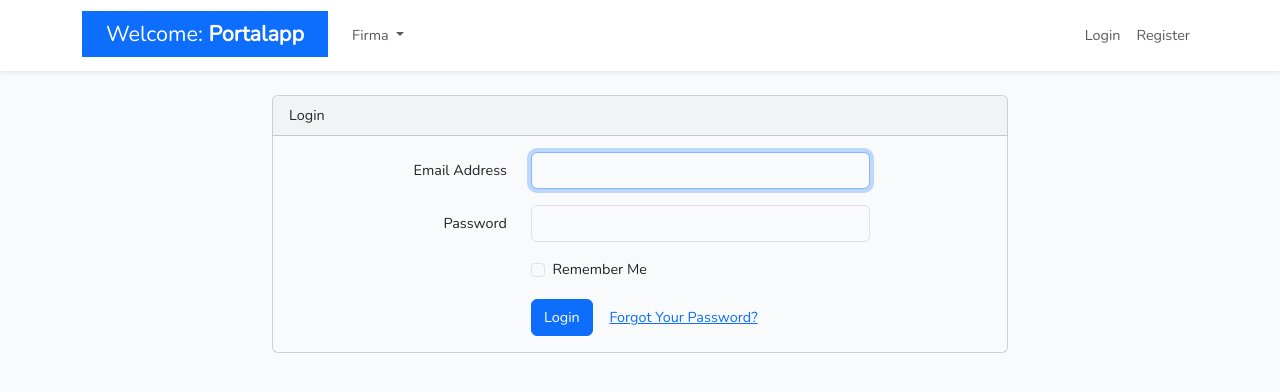
Repository: oguzhansade/portalapp
Page: http://localhost/login
The author's editor kept a copy of each file at every save. The page is drawn from the files as they stood at one save, then again after the next save.
The browser window is 1280 px wide. The pictures show the whole page.
The page is served by the project's Laravel application, run on PHP 8.4 with Laravel 9. Other server files are loaded and not shown. Style sheets and scripts are compiled from the project's sources, by tool versions that may differ from the author's.

Above is the page before, as saved 2023-06-22 22:12:28.

### routes/web.php
<?php

use Illuminate\Support\Facades\Route;
use Illuminate\Support\Facades\Auth;

/*
|--------------------------------------------------------------------------
| Web Routes
|--------------------------------------------------------------------------
|
| Here is where you can register web routes for your application. These
| routes are loaded by the RouteServiceProvider within a group which
| contains the "web" middleware group. Now create something great!
|
*/
Route::get('/', function () {
    return view('welcome');
});
Route::get('/schnellanform', [App\Http\Controllers\front\formcraft\FormCraftController::class, 'handleSchnellanfrageForm'])->name('handleSchnellanfrageForm');
Route::get('/privatumzugform', [App\Http\Controllers\front\formcraft\FormCraftController::class, 'handlePrivatumzugForm'])->name('handlePrivatumzugForm');
Route::get('/kontaktform', [App\Http\Controllers\front\formcraft\FormCraftController::class, 'handleKontaktForm'])->name('handleKontaktForm');
Route::get('/reinigungform', [App\Http\Controllers\front\formcraft\FormCraftController::class, 'handleReinigungForm'])->name('handleReinigungForm');
Route::get('/firmenform', [App\Http\Controllers\front\formcraft\FormCraftController::class, 'handleFirmenForm'])->name('handleFirmenForm');
Route::get('/mailTester', [App\Http\Controllers\front\formcraft\FormCraftController::class, 'mailTester'])->name('mailTester');
Auth::routes();


Route::group(['namespace' => 'front', 'middleware' => ['auth']], function () {
    Route::group(['namespace' => 'home', 'as' => 'home.'], function () {
        Route::get('/', [App\Http\Controllers\front\home\indexController::class, 'index'])->name('index');
    });
    Route::group(['namespace' => 'firma', 'as' => 'firma.','prefix' => 'firma'], function () {
        Route::get('/', [App\Http\Controllers\front\firma\indexController::class, 'index'])->name('index');
        Route::get('/create', [App\Http\Controllers\front\firma\indexController::class, 'create'])->name('create');
        Route::post('/create', [App\Http\Controllers\front\firma\indexController::class, 'store'])->name('store');
        Route::get('/detail/{id}', [App\Http\Controllers\front\firma\indexController::class, 'detail'])->name('detail');
        Route::get('/edit/{id}', [App\Http\Controllers\front\firma\indexController::class, 'edit'])->name('edit');
        Route::post('/edit/{id}', [App\Http\Controllers\front\firma\indexController::class, 'update'])->name('update');
        Route::get('/delete/{id}', [App\Http\Controllers\front\firma\indexController::class, 'delete'])->name('delete');
        Route::post('/data', [App\Http\Controllers\front\firma\indexController::class, 'data'])->name('data');
        Route::post('/recordData/{id}', [App\Http\Controllers\front\firma\indexController::class, 'recordData'])->name('recordData');
    });
});



Route::get('/home', [App\Http\Controllers\HomeController::class, 'index'])->name('home');

### resources/views/layouts/app.blade.php
<!doctype html>
<html lang="{{ str_replace('_', '-', app()->getLocale()) }}">
<head>
    <meta charset="utf-8">
    <meta name="viewport" content="width=device-width, initial-scale=1">

    <!-- CSRF Token -->
    <meta name="csrf-token" content="{{ csrf_token() }}">

    <title>{{ config('app.name', 'Laravel') }}</title>

    <!-- Fonts -->
    <link rel="dns-prefetch" href="//fonts.bunny.net">
    <link href="https://fonts.bunny.net/css?family=Nunito" rel="stylesheet">
    <link href="{{ asset('assets/vendors/material-icons/material-icons.css') }}" rel="stylesheet" type="text/css">
    <link href="{{ asset('assets/vendors/mono-social-icons/monosocialiconsfont.css') }}" rel="stylesheet" type="text/css">
    <link href="{{ asset('assets/vendors/feather-icons/feather.css') }}" rel="stylesheet" type="text/css">

    <!-- Scripts -->
    @vite(['resources/sass/app.scss', 'resources/js/app.js'])
    @yield('header')
</head>
<body>
    <div id="app">
        <nav class="navbar navbar-expand-md navbar-light bg-white shadow-sm ">
            <div class="container py-2">
                <a class="navbar-brand" href="{{ url('/') }}">
                    <span class="h4 px-4 py-2 bg-primary text-white b-shadow rounded-custom">Welcome: <b>{{ config('app.name', 'Laravel') }}</b></span> </span>
                </a>
                <button class="navbar-toggler" type="button" data-bs-toggle="collapse" data-bs-target="#navbarSupportedContent" aria-controls="navbarSupportedContent" aria-expanded="false" aria-label="{{ __('Toggle navigation') }}">
                    <span class="navbar-toggler-icon"></span>
                </button>

                <div class="collapse navbar-collapse" id="navbarSupportedContent">
                    <!-- Left Side Of Navbar -->
                    <ul class="navbar-nav me-auto">
                        <li class="nav-item dropdown">
                            <a id="navbarDropdown" class="nav-link dropdown-toggle" href="#" role="button" data-bs-toggle="dropdown" aria-haspopup="true" aria-expanded="false" v-pre>
                                Firma
                            </a>

                            <div class="dropdown-menu" aria-labelledby="navbarDropdown">
                                <a class="dropdown-item" href="{{ route('firma.index') }}">
                                    Firma Listesi
                                </a>
                                <a class="dropdown-item" href="{{ route('firma.create') }}">
                                    Firma Ekle
                                </a>
                            </div>
                        </li>
                    </ul>

                    <!-- Right Side Of Navbar -->
                    <ul class="navbar-nav ms-auto">
                        <!-- Authentication Links -->
                        @guest
                            @if (Route::has('login'))
                                <li class="nav-item">
                                    <a class="nav-link" href="{{ route('login') }}">{{ __('Login') }}</a>
                                </li>
                            @endif

                            @if (Route::has('register'))
                                <li class="nav-item">
                                    <a class="nav-link" href="{{ route('register') }}">{{ __('Register') }}</a>
                                </li>
                            @endif
                        @else
                            <li class="nav-item dropdown">
                                <a id="navbarDropdown" class="nav-link dropdown-toggle" href="#" role="button" data-bs-toggle="dropdown" aria-haspopup="true" aria-expanded="false" v-pre>
                                    {{ Auth::user()->name }}
                                </a>

                                <div class="dropdown-menu dropdown-menu-end" aria-labelledby="navbarDropdown">
                                    <a class="dropdown-item" href="{{ route('logout') }}"
                                       onclick="event.preventDefault();
                                                     document.getElementById('logout-form').submit();">
                                        {{ __('Logout') }}
                                    </a>

                                    <form id="logout-form" action="{{ route('logout') }}" method="POST" class="d-none">
                                        @csrf
                                    </form>
                                </div>
                            </li>
                        @endguest
                    </ul>
                </div>
            </div>
        </nav>

        <main class="py-4">
            @yield('content')
        </main>
    </div>
    <script src="https://code.jquery.com/jquery-3.6.0.min.js"></script>
    @yield('footer')
</body>
</html>

Loaded but not shown: app/Http/Controllers/Auth/ConfirmPasswordController.php (common file); app/Http/Controllers/Controller.php (common file); app/Http/Controllers/Auth/LoginController.php (common file); resources/views/auth/login.blade.php (common file); public/assets/vendors/material-icons/material-icons.css (common file); public/assets/vendors/mono-social-icons/monosocialiconsfont.css (common file); public/assets/vendors/feather-icons/feather.css (library); resources/sass/app.scss (common file); resources/sass/_variables.scss (common file)

After the next save:
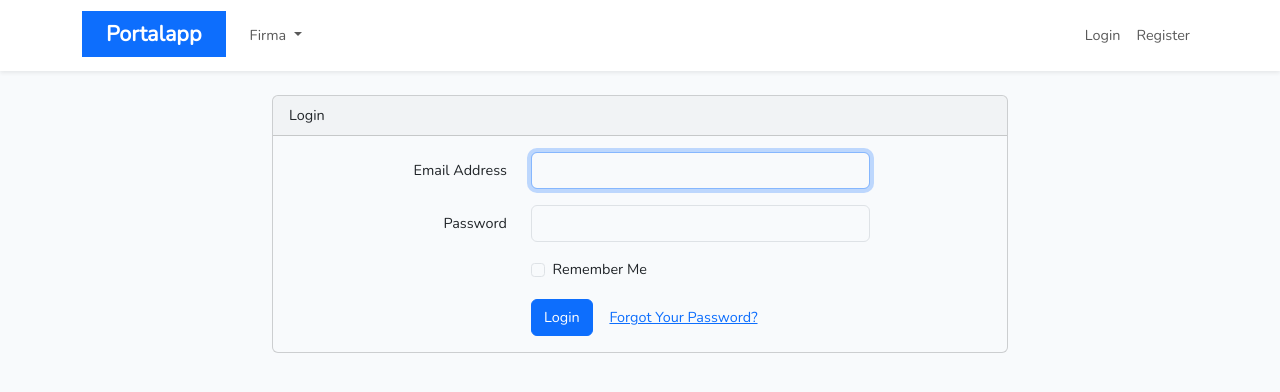
Saved 35 s later.
--- a/resources/views/layouts/app.blade.php
+++ b/resources/views/layouts/app.blade.php
@@ -25,7 +25,7 @@
         <nav class="navbar navbar-expand-md navbar-light bg-white shadow-sm ">
             <div class="container py-2">
                 <a class="navbar-brand" href="{{ url('/') }}">
-                    <span class="h4 px-4 py-2 bg-primary text-white b-shadow rounded-custom">Welcome: <b>{{ config('app.name', 'Laravel') }}</b></span> </span>
+                    <span class="h4 px-4 py-2 bg-primary text-white b-shadow rounded-custom"><b>{{ config('app.name', 'Laravel') }}</b></span> </span>
                 </a>
                 <button class="navbar-toggler" type="button" data-bs-toggle="collapse" data-bs-target="#navbarSupportedContent" aria-controls="navbarSupportedContent" aria-expanded="false" aria-label="{{ __('Toggle navigation') }}">
                     <span class="navbar-toggler-icon"></span>
